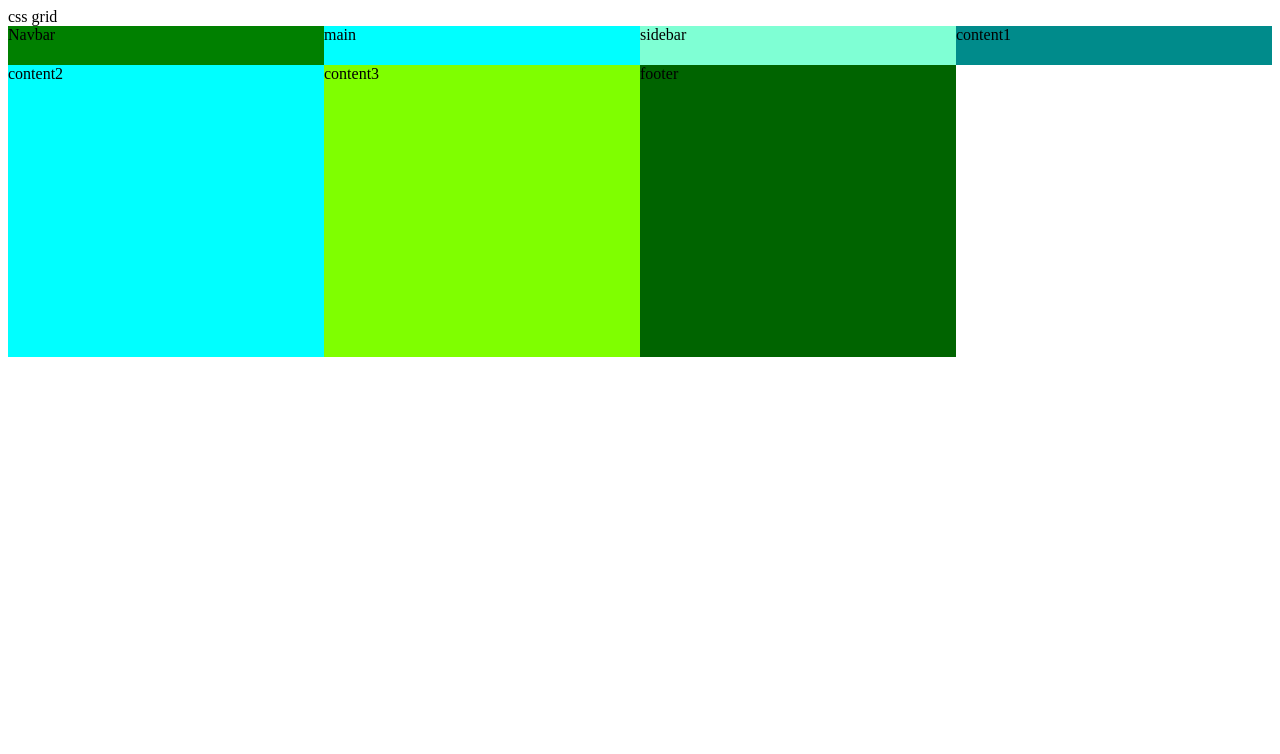
Repository: miraclesamson/cssgrid
Page: index.html
These files come from the project's save history. The page is drawn as it stood at one moment and after the next save; the edit follows.
The browser window is 1280 px wide. The pictures show the whole page.

Above is the page before, as saved 2022-06-24 12:46:13.

After the next save:
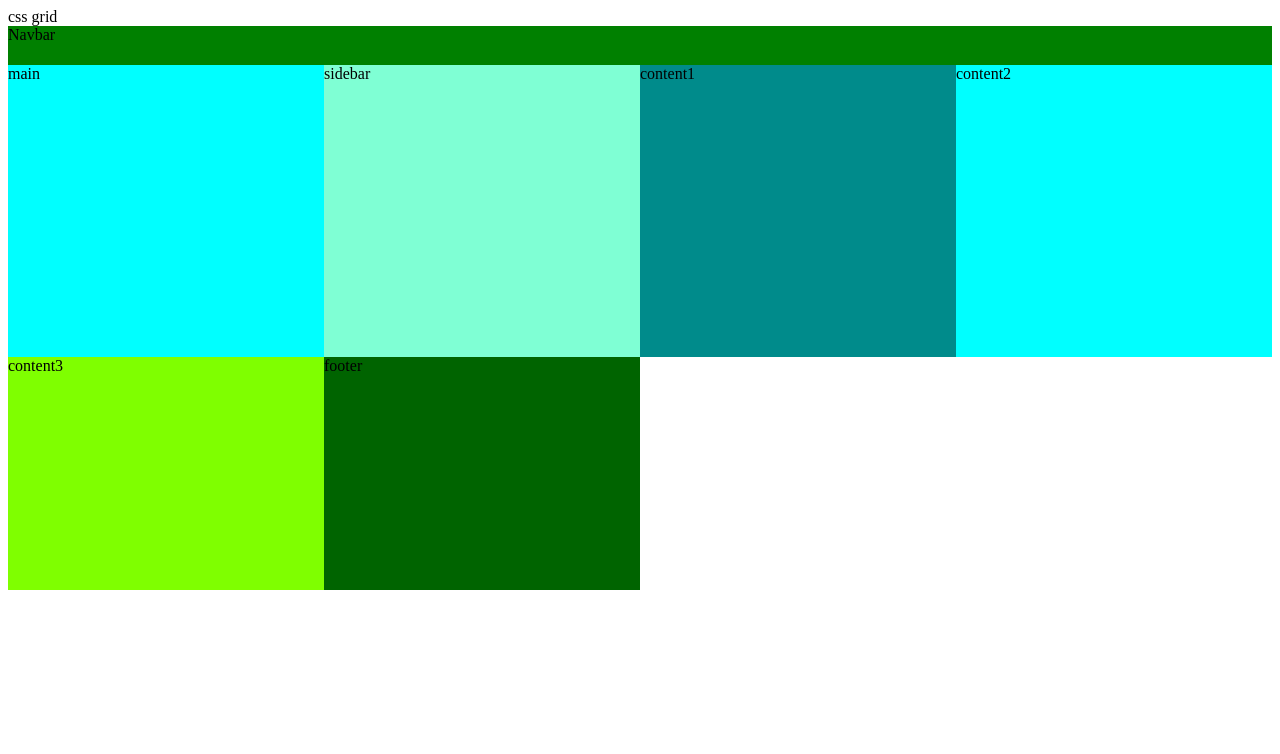
Saved 2 min 36 s later.
--- a/style.css
+++ b/style.css
@@ -11,6 +11,7 @@
 }
 nav {
   background: green;
+  grid-area: nav;
 }
 main {
   background: aqua;
